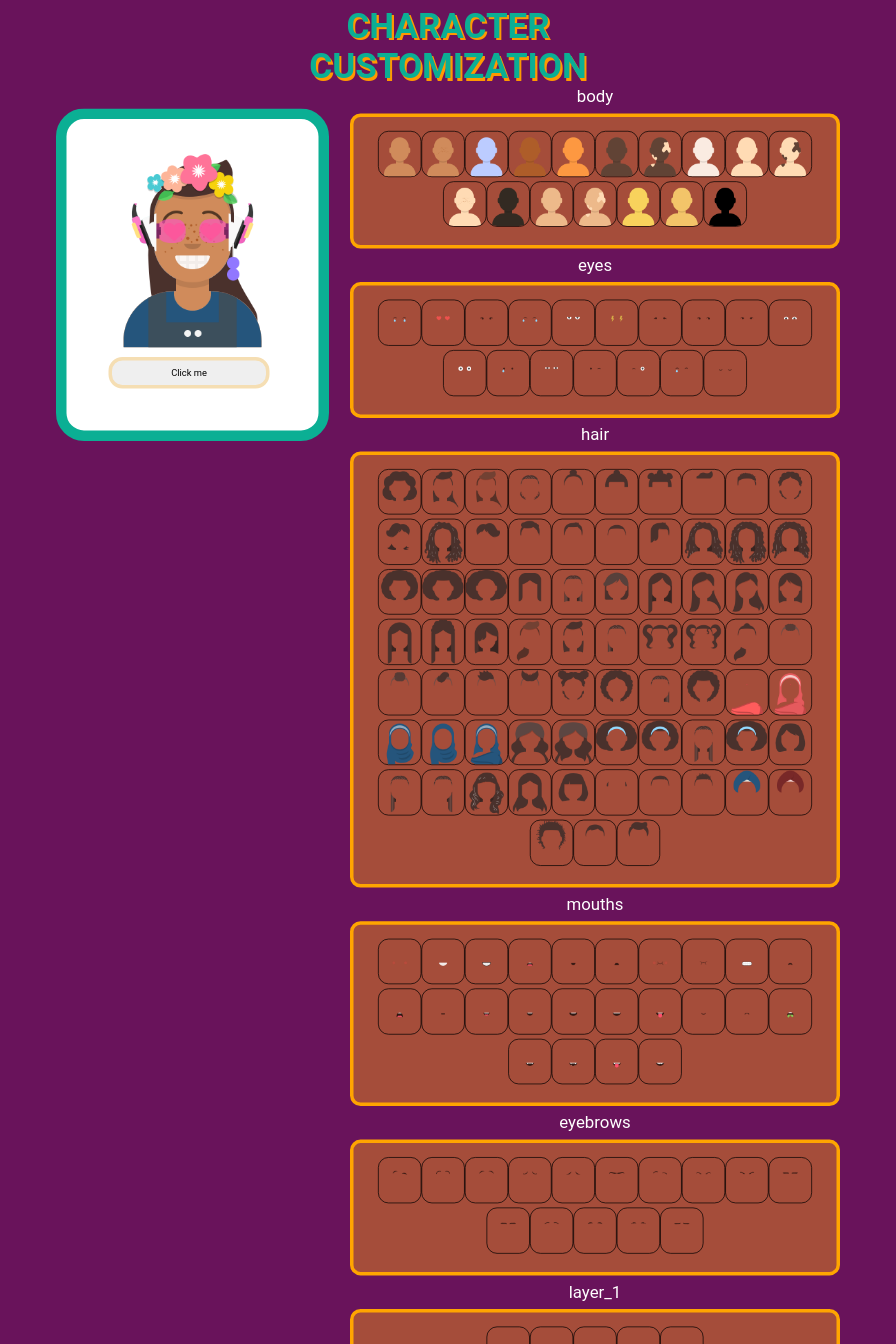
Repository: Kamaric112/react_clothing
Page: /
The author's editor kept a copy of each file at every save. The page is drawn from the files as they stood at one save, then again after the next save.
The browser window is 1280 px wide. The pictures show the part of the page from y = 0 to 1920 px (the page is 3287 px tall), at 70% of full size.
The project was rebuilt for these pictures with package versions that can differ from the ones it lists, and the page was loaded fresh each time.

Above is the page before, as saved 2022-08-29 21:08:11.

### src/index.js
import React from "react";
import ReactDOM from "react-dom/client";
import App from "./components/App";

const root = ReactDOM.createRoot(document.getElementById("root"));

root.render(<App />);

### src/components/App.js
import React from "react";
import Header from "./Header";
import "./App.css";
import Avatar from "./Avatar";
import PartList from "./PartList";
import {useState} from "react"

const total = {
  body: 17,
  eyes: 17,
  hair: 73,
  mouths: 24,
  eyebrows: 15,
  hats: 28,
  glasses: 17,
  clothing1: 5,
  clothing2: 5,
  clothing3: 9,
};

function App() {


const [eyes, setEyes] = useState(2)
const [body, setBody] = useState(2)
const [layer_1, setLayer_1] = useState(2)
const [layer_2, setLayer_2] = useState(2)
const [layer_3, setLayer_3] = useState(2)
const [mouths, setMouths] = useState(2)
const [glasses, setGlasses] = useState(2)
const [hair, setHair] = useState(2)
const [eyebrows, setEyebrows] = useState(2)

const [earrings, setEarrings] = useState(2)
const [hats, setHats] = useState(2)
const randomize = () => {
    setBody(Math.floor((Math.random() * total.body )+1));
		setEyes(Math.floor((Math.random() * total.eyes)+1));
		setEyebrows(Math.floor((Math.random() * total.eyebrows)+1));
		setHair(Math.floor((Math.random() * total.hair)+1));
		setMouths(Math.floor((Math.random() * total.mouths)+1));
		setGlasses(Math.floor((Math.random() * total.glasses)+1));
		setLayer_1(Math.floor((Math.random() * total.clothing1)+1));
		setLayer_2(Math.floor((Math.random() * total.clothing2)+1));
		setLayer_3(Math.floor((Math.random() * total.clothing3)+1));
    setHats(Math.floor((Math.random() * total.hats)+1));

}




const handleClick = (e) => {
  console.log(e.target.src) //change states when clicked corresponding clothing
  const imageUrl = e.target.src
  console.log(imageUrl.split('/').pop().split('.')[0]) // split the src based on "/" then remove the last element, then split that element based on "." then choose the 1st element
}



  return (
    <div className="App">
      <Header />
      <div className="total-style">
        <Avatar eyes = {eyes} body = {body} layer_1 = {layer_1} layer_2 = {layer_2} layer_3 ={layer_3} mouths = {mouths} glasses = {glasses} hair = {hair} earrings = {earrings} hats = {hats} eyebrows= {eyebrows} randomize = {randomize}/>


        <div>
        <PartList type = "body" total ="17" index = "1" handleClick={(e) => setBody(e.target.src.split('/').pop().split('.')[0])} />
        <PartList type = "eyes" total ="17" index = "1" handleClick={(e) => setEyes(e.target.src.split('/').pop().split('.')[0])}/>
        <PartList type = "hair" total ="73" index = "1" handleClick={(e) => setHair(e.target.src.split('/').pop().split('.')[0])}/>
        <PartList type = "mouths" total ="24" index = "1" handleClick={(e) => setMouths(e.target.src.split('/').pop().split('.')[0])}/>
        <PartList type = "eyebrows" total ="15" index = "1" handleClick={(e) => setEyebrows(e.target.src.split('/').pop().split('.')[0])}/>
        <PartList type = "layer_1" total ="5" index = "1" handleClick={(e) => setLayer_1(e.target.src.split('/').pop().split('.')[0])}/>
        <PartList type = "layer_2" total ="5" index = "1" handleClick={(e) => setLayer_2(e.target.src.split('/').pop().split('.')[0])}/>
        <PartList type = "layer_3" total ="9" index = "1" handleClick={(e) => setLayer_3(e.target.src.split('/').pop().split('.')[0])}/>
        <PartList type = "earrings" total ="32" index = "1" handleClick={(e) => setEarrings(e.target.src.split('/').pop().split('.')[0])}/>
        <PartList type = "hats" total ="28" index = "1" handleClick={(e) => setHats(e.target.src.split('/').pop().split('.')[0])} />
        <PartList type = "glasses" total ="17" index = "1" handleClick={(e) => setGlasses(e.target.src.split('/').pop().split('.')[0])}/>

        </div>


      </div>
    </div>
  );
}

export default App;

### src/components/Header.js
import React from "react";

function Header() {
  return (
    <>
      <div className="title">CHARACTER</div>
      <div className="subtitle">CUSTOMIZATION</div>
    </>
  );
}

export default Header;

### src/components/App.css
*,
*::after,
*::before {
  box-sizing: content-box;
  font-family: "Roboto", sans-serif;
}

body {
	background-color: rgb(105, 19, 91);
}

.App {
	max-width: 1200px;
	margin: 0 auto;
	display: flex;
	flex-direction: column;
	align-items: center;
}

.subtitle,
.title {
  text-align: center;
}

.title,
.subtitle {
  color: #0baf94;
  font-size: 50px;
  font-weight: 700;
  text-shadow: 3px 3px #f90;
}

.total-style {
  display: flex;

  justify-content: center;
  gap: 30px;
}

.avatar {
	width: 260px;
	height: 280px;
	position: relative;
}

.avatar-wrapper {
	border-radius: 40px;
	display: inline-block;
	border: 15px solid rgb(11, 175, 148);
	padding: 50px;
	position: sticky;
	background-color: #fff;
	top: calc(50% - 205px);
}

.avatar-wrapper button {
  display: flex;
  justify-content: center;
  align-items: center;
  border: 5px solid wheat;
  padding: 10px;
  width: 200px;
  border-radius: 20px;
  margin: 10px;
}

.list-section {
  max-width: 700px;
  text-align: center;
}

.partlist {
  display: flex;
  flex-direction: column;

}

.partlist div {
  color: white;
  font-size: 1.5rem;
}
.list {
  gap: 1rem;
  background-color: rgba(255,166,9,.4);
  border: 5px solid orange;
  border-radius: 15px;
  flex-wrap: wrap;
  margin: 10px 0;
  padding: 20px;
}

.list img {
  border: 1px solid black;
  border-radius: 15px
}

.list img:hover {
  background-color: #798885;
}

### src/components/Avatar.js
import React from 'react'
import Part from './Part'

function Avatar({eyes,body,layer_1,layer_2,layer_3,mouths,glasses,hair,earrings,hats,eyebrows,randomize}) {
  return (
    <div>
      <div className="avatar-wrapper">
        <div className="avatar">
          <Part type="body" position="0" index = {body}/>
          <Part type="layer_1" position="1" index = {layer_1}/>
          <Part type="layer_2" position="1" index = {layer_2}/>
          <Part type="layer_3" position="1" index = {layer_3}/>
          <Part type="mouths" position="2" index = {mouths}/>
          <Part type="noses" position="2" index = "1"/>
          <Part type="eyes" position="2" index = {eyes}/>
          <Part type="glasses" position="3" index = {glasses}/>
          <Part type="hair" position="3" index = {hair}/>
          <Part type="earrings" position="3" index = {earrings}/>
          <Part type="hats" position="4" index = {hats}/>
          <Part type="eyebrows" position="2" index = {eyebrows}/>
        </div>
        <button onClick={randomize}>Click me </button>
      </div>
    </div>
  )
}

export default Avatar

### src/components/PartList.js
import React from 'react'


function PartList({type,index,total,handleClick}) {

  let parts=[]
  const accessories = ["hats","glasses","earrings"]
  const clothing = ["layer_1","layer_2","layer_3"]



  for (index;index<= total; index++) {
    if ( accessories.includes(type)) {
      parts.push( <img key= {index} src={`character/accessories/${type}/${index}.png`} width="60px" onClick= {handleClick} alt= {type}/>)
    } else if ( clothing.includes(type)) {
      parts.push( <img key= {index} src={`character/clothes/${type}/${index}.png`} width="60px" onClick={handleClick} alt= {type}/>)
    }
    else {
      parts.push( <img key= {index} src={`character/${type}/${index}.png`} width="60px" onClick={handleClick} alt= {type}/>)
    }
  }


  return (
      <div className="list-section">
        <div className="partlist">
          <div>{type}</div>
          <div className="list">
            {parts}
          </div>
        </div>
      </div>
  )
}

export default PartList

### src/components/Part.js
import React from 'react'

function Part({type,position,index}) {

  const accessories = ["hats","glasses","earrings"]
  const clothing = ["layer_1","layer_2","layer_3"]

  const commonStyle = {
    position: "absolute",
    width: "260px",
    zIndex: `${position}`
  }
  if ( accessories.includes(type)) {
    return (<img src={`character/accessories/${type}/${index}.png`}  alt={`${type}`}  style= {commonStyle}/>)
  } else if ( clothing.includes(type)) {
  return (<img src={`character/clothes/${type}/${index}.png`}  alt={`${type}`}  style= {commonStyle}/>)
  } else if (type ==="noses") {
    return (<img src={`character/${type}/1.png`} alt={`${type}`} style= {commonStyle}/>)
  } else {
    return (<img src={`character/${type}/${index}.png`}  alt={`${type}`} style= {commonStyle}/>)
  }
}
export default Part

Loaded but not shown: public/index.html (common file)

After the next save:
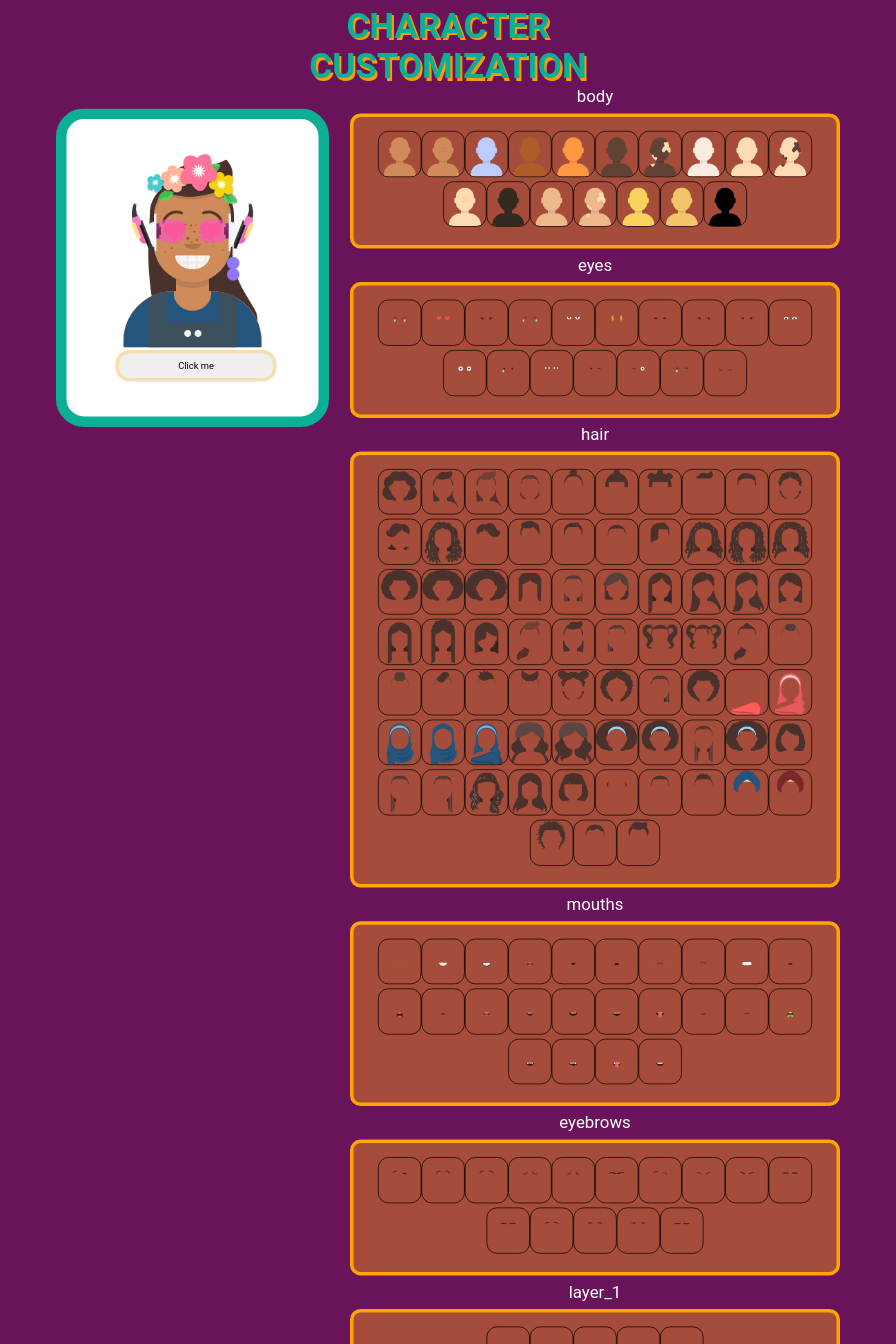
Saved 7 s later.
--- a/src/components/App.css
+++ b/src/components/App.css
@@ -61,7 +61,7 @@ body {
   padding: 10px;
   width: 200px;
   border-radius: 20px;
-  margin: 10px;
+  margin-left: 20px;
 }
 
 .list-section {
